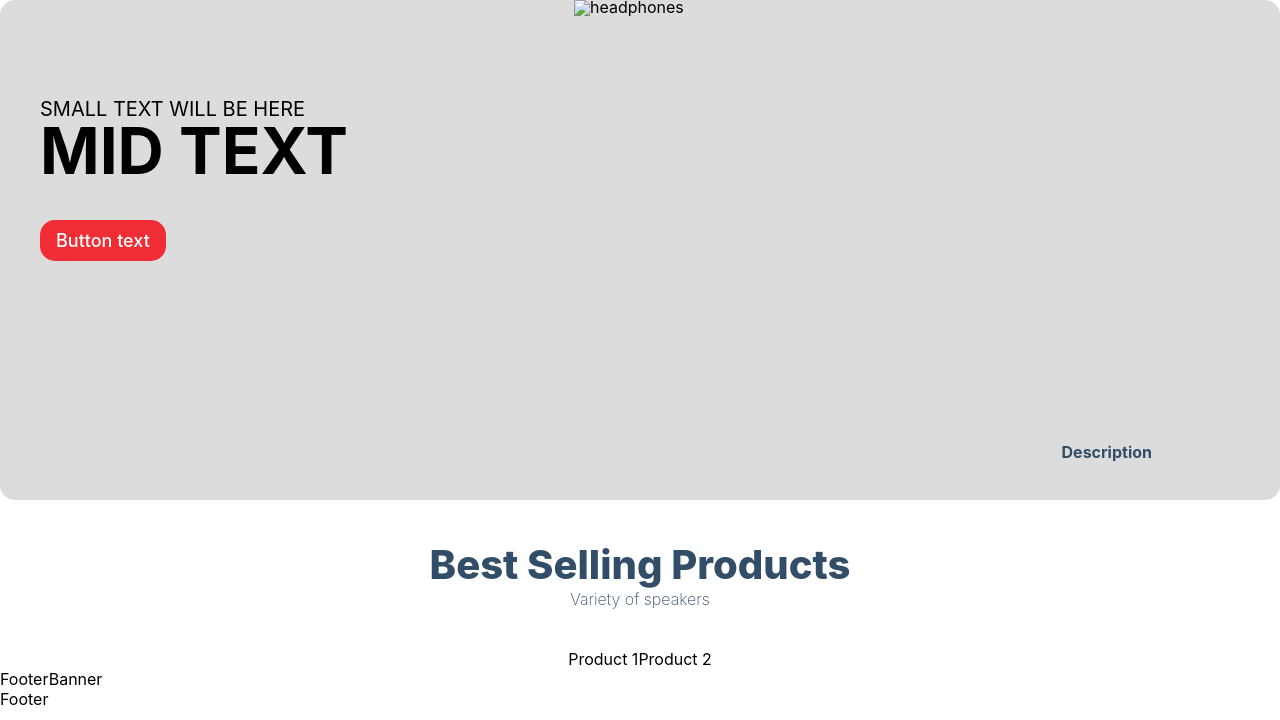
Repository: Ayush-dixit-15/AD_Headphones
Page: /
The author's editor kept a copy of each file at every save. The page is drawn from the files as they stood at one save, then again after the next save.
The browser window is 1280 px wide. The pictures show the whole page.
The project was rebuilt for these pictures with package versions that can differ from the ones it lists, and the page was loaded fresh each time. The framework's server and built-in components were replaced by stand-ins that run in the browser. Also part of the build but not shown: next.config.js, components/Layout.jsx, components/Navbar.jsx, components/Product.jsx.

Above is the page before, as saved 2022-07-20 14:49:15.

After the next save:
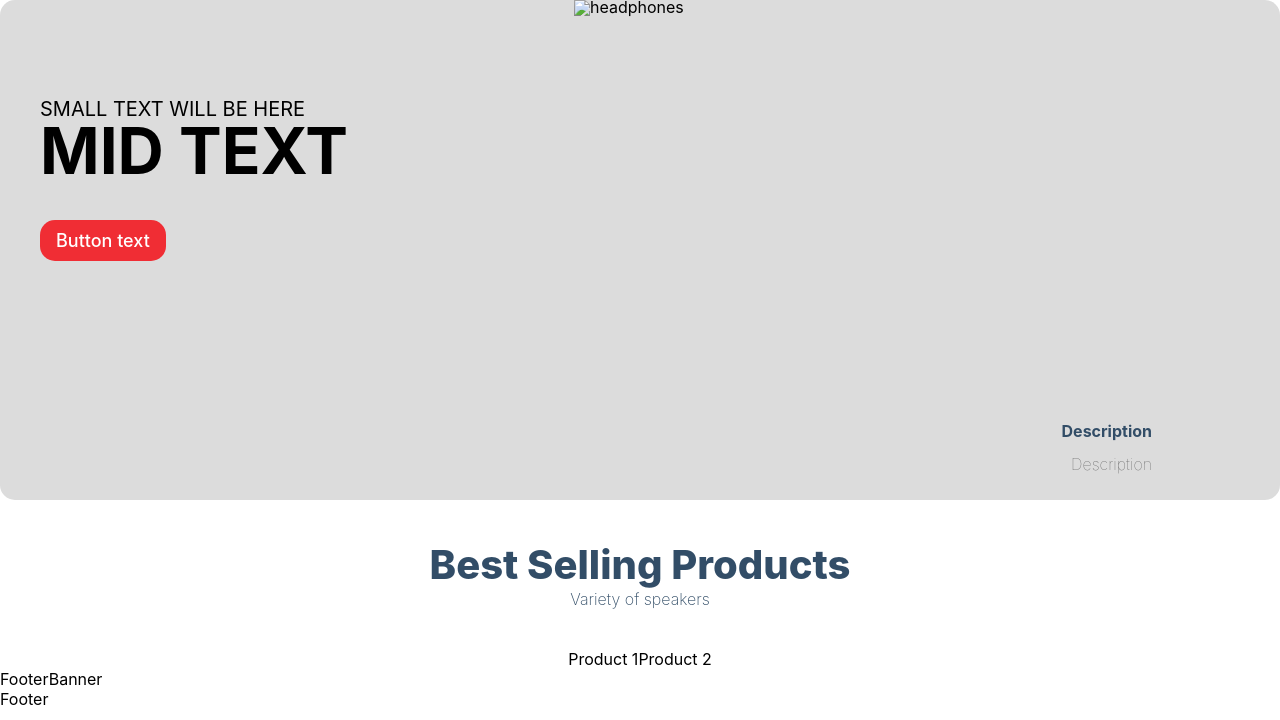
Saved 29 s later.
--- a/components/MainBanner.jsx
+++ b/components/MainBanner.jsx
@@ -18,6 +18,9 @@ const MainBanner = () => {
             </Link>
             <div className="desc">
               <h5>Description</h5>
+              <p>
+                Description
+              </p>
             </div>
           </div>
       </div>
